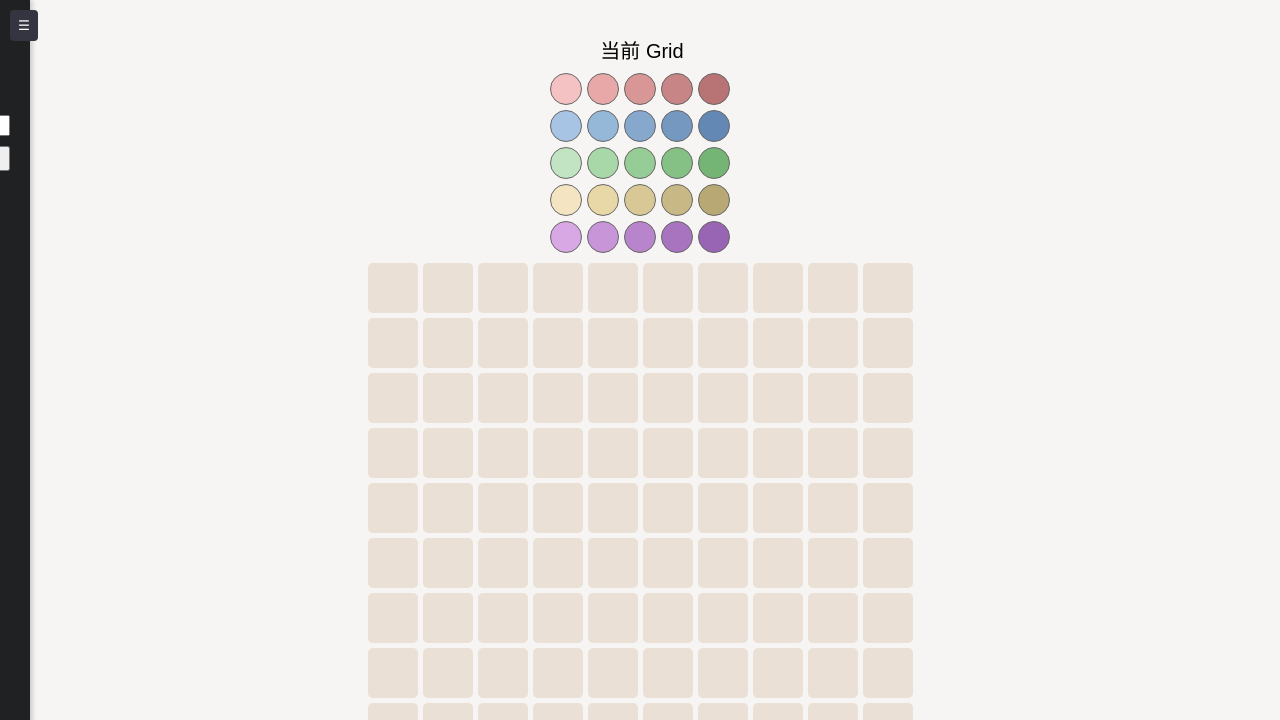
Repository: JemmaUZH/100-Hours
Page: index.html
An editor plug-in stored every save of this project. The page is shown before and after the next save, followed by the edit.
The browser window is 1280 px wide. The pictures show the whole page.
An inner scrolling area shows only its first screen.

Above is the page before, as saved 2025-02-26 14:29:48.

### index.html
<!DOCTYPE html>
<html lang="zh">
<head>
    <meta charset="UTF-8">
    <meta name="viewport" content="width=device-width, initial-scale=1.0">
    <title>艺术色彩填充格子</title>
    <style>
        body {
            display: flex;
            height: 100vh;
            background-color: #f6f5f3;
            margin: 0;
            font-family: Arial, sans-serif;
            overflow: hidden;
        }
        /* 模仿 ChatGPT 风格的侧边栏 */
        .sidebar {
            position: fixed;
            top: 0;
            left: 0;
            width: 250px;
            height: 100vh;
            background-color: #202123;
            color: #fff;
            padding: 20px;
            display: flex;
            flex-direction: column;
            gap: 10px;
            /* 默认隐藏：向左偏移 */
            transform: translateX(-260px);
            transition: transform 0.3s ease-in-out;
            box-shadow: 2px 0 5px rgba(0, 0, 0, 0.2);
        }
        /* 侧边栏展开时 */
        .sidebar.open {
            transform: translateX(0);
        }
        /* 切换侧边栏按钮 */
        .toggle-btn {
            position: fixed;
            left: 10px;
            top: 10px;
            background: #343541;
            color: #fff;
            border: none;
            padding: 8px;
            cursor: pointer;
            border-radius: 4px;
            z-index: 1000;
        }
        /* 主内容区域 */
        .grid-container {
            flex: 1;
            display: flex;
            flex-direction: column;
            align-items: center;
            justify-content: flex-start;
            padding: 20px;
            overflow: auto;
            width: 100%;
        }
        .grid-title {
            font-size: 20px;
            margin-bottom: 10px;
            text-align: center;
        }
        .grid-title input {
            font-size: 20px;
            border: none;
            text-align: center;
            background: none;
            outline: none;
            width: 100%;
        }
        /* 颜色选择器 */
        .color-picker {
            display: grid;
            grid-template-columns: repeat(5, 1fr);
            gap: 5px;
            margin-bottom: 10px;
        }
        .color-picker div {
            width: 30px;
            height: 30px;
            border-radius: 50%;
            cursor: pointer;
            border: 1px solid #666;
        }
        /* 绘图网格 */
        .grid {
            display: grid;
            grid-template-columns: repeat(10, 50px);
            grid-template-rows: repeat(10, 50px);
            gap: 5px;
        }
        .cell {
            width: 50px;
            height: 50px;
            background-color: #eae0d5;
            border-radius: 5px;
            transition: background-color 0.3s;
            cursor: pointer;
        }
    </style>
</head>
<body>
    <!-- 切换侧边栏的按钮 -->
    <button class="toggle-btn" onclick="toggleSidebar()">☰</button>
    <!-- 侧边栏：存储的 Grid 列表和保存操作 -->
    <div class="sidebar" id="sidebar">
        <h2>存储的 Grid</h2>
        <div id="gridList"></div>
        <input type="text" id="newGridName" placeholder="输入 Grid 名称">
        <button onclick="saveCurrentGrid()">保存当前 Grid</button>
    </div>
    <!-- 主内容区域：包含网格标题、颜色选择器和绘图网格 -->
    <div class="grid-container" id="gridContainer">
        <h2 class="grid-title">
            <input type="text" id="gridTitle" value="当前 Grid">
        </h2>
        <div class="color-picker" id="colorPicker"></div>
        <div class="grid" id="grid"></div>
    </div>
    <script>
        // 切换侧边栏的显示状态
        function toggleSidebar() {
            document.getElementById("sidebar").classList.toggle("open");
        }

        // 定义颜色数组
        const colors = [
            '#f4c2c2', '#e8a8a8', '#d89696', '#c88585', '#b87474',
            '#a8c4e4', '#96b8d8', '#85a8cc', '#7498c0', '#6488b4',
            '#c2e4c2', '#a8d8a8', '#96cc96', '#85c085', '#74b474',
            '#f4e4c2', '#e8d8a8', '#d8c896', '#c8b885', '#b8a874',
            '#d8a8e4', '#c896d8', '#b885cc', '#a874c0', '#9864b4'
        ];

        // 初始化颜色选择器
        const colorPicker = document.getElementById("colorPicker");
        colors.forEach(color => {
            const colorDiv = document.createElement("div");
            colorDiv.style.background = color;
            // 点击颜色时更新全局 CSS 变量 '--selected-color'
            colorDiv.onclick = () => document.documentElement.style.setProperty('--selected-color', color);
            colorPicker.appendChild(colorDiv);
        });

        // 设置默认选中的颜色（第一个颜色）
        document.documentElement.style.setProperty('--selected-color', colors[0]);

        // 创建 10x10 网格（共 100 个格子）
        const grid = document.getElementById("grid");
        const gridSize = 100;
        for (let i = 0; i < gridSize; i++) {
            const cell = document.createElement("div");
            cell.classList.add("cell");
            cell.addEventListener("click", () => {
                // 设置格子背景色为当前选中的颜色
                cell.style.backgroundColor = getComputedStyle(document.documentElement).getPropertyValue('--selected-color');
            });
            grid.appendChild(cell);
        }

        // 保存当前 Grid 状态到 localStorage（仅在点击“保存当前 Grid”按钮时调用）
        function saveCurrentGrid() {
            const gridNameInput = document.getElementById("newGridName");
            let gridName = gridNameInput.value.trim();
            if (!gridName) {
                gridName = document.getElementById("gridTitle").value || "Unnamed Grid";
            }
            const cells = document.querySelectorAll(".cell");
            const cellColors = [];
            cells.forEach(cell => {
                cellColors.push(cell.style.backgroundColor || "");
            });
            localStorage.setItem("grid_" + gridName, JSON.stringify(cellColors));
            alert("Grid 已保存: " + gridName);
            updateGridList();
        }

        // 更新侧边栏中保存的 Grid 列表
        function updateGridList() {
            const gridList = document.getElementById("gridList");
            gridList.innerHTML = "";
            for (let i = 0; i < localStorage.length; i++) {
                const key = localStorage.key(i);
                if (key.startsWith("grid_")) {
                    const gridName = key.substring(5);
                    const gridItem = document.createElement("div");
                    gridItem.textContent = gridName;
                    gridItem.style.cursor = "pointer";
                    // 点击列表项时加载对应 Grid
                    gridItem.onclick = () => {
                        loadGrid(gridName);
                    };
                    gridList.appendChild(gridItem);
                }
            }
        }

        // 根据保存的状态加载 Grid
        function loadGrid(gridName) {
            const cellColors = JSON.parse(localStorage.getItem("grid_" + gridName));
            if (cellColors) {
                const cells = document.querySelectorAll(".cell");
                cells.forEach((cell, index) => {
                    cell.style.backgroundColor = cellColors[index] || "#eae0d5";
                });
                document.getElementById("gridTitle").value = gridName;
            }
        }

        // 页面加载时更新保存的 Grid 列表
        updateGridList();

        // 窗口大小调整时，确保主内容区域滚动到顶部
        function focusOnTop() {
            document.getElementById("gridContainer").scrollTop = 0;
        }
        window.addEventListener('resize', focusOnTop);
    </script>
</body>
</html>

After the next save:
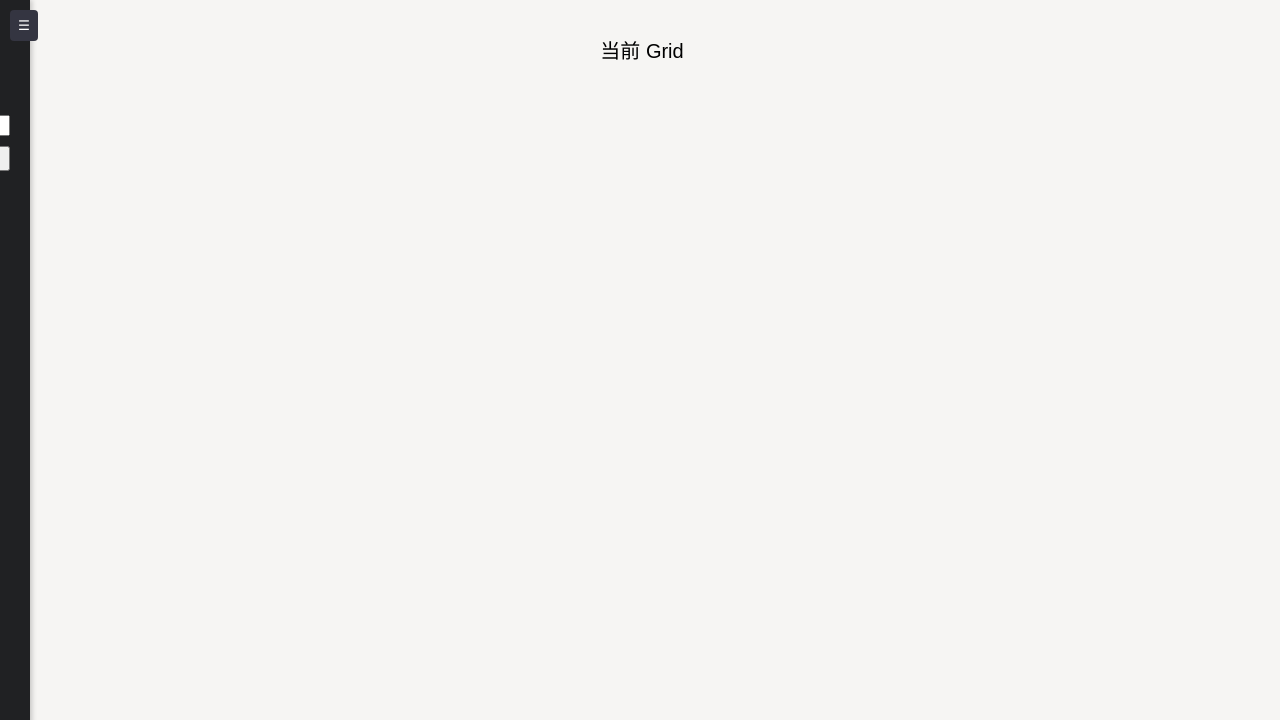
Console error: SyntaxError: Unexpected token '>'
Saved 71 min 10 s later.
--- a/index.html
+++ b/index.html
@@ -127,14 +127,44 @@
             document.getElementById("sidebar").classList.toggle("open");
         }
 
-        // 定义颜色数组
+        <!-- // 定义颜色数组
         const colors = [
             '#f4c2c2', '#e8a8a8', '#d89696', '#c88585', '#b87474',
             '#a8c4e4', '#96b8d8', '#85a8cc', '#7498c0', '#6488b4',
             '#c2e4c2', '#a8d8a8', '#96cc96', '#85c085', '#74b474',
             '#f4e4c2', '#e8d8a8', '#d8c896', '#c8b885', '#b8a874',
             '#d8a8e4', '#c896d8', '#b885cc', '#a874c0', '#9864b4'
+        ]; -->
+        // 印象风格色组
+        // 定义经典色彩数组（由浅到暗）
+        const colors = [
+        "#FFFDE7", // 极浅奶油黄（莫奈风格）
+        "#FFF9C4", // 浅淡黄色
+        "#FFF3E0", // 极浅桃色（雷诺阿风格）
+        "#FFE0B2", // 浅桃色
+        "#FFECB3", // 柔和暖金（雷诺阿风格）
+        "#FFCCBC", // 浅珊瑚色
+        "#F8BBD0", // 柔和粉色
+        "#F3E5F5", // 浅薰衣草紫（莫奈风格）
+        "#E1BEE7", // 薰衣草紫
+        "#E3F2FD", // 极浅天蓝（莫奈风格）
+        "#B3E5FC", // 浅蓝色
+        "#E8F5E9", // 极浅绿（莫奈风格）
+        "#B2DFDB", // 浅薄荷绿
+        "#FFF59D", // 柔和金黄
+        "#FFCC80", // 金桃色
+        "#FFB74D", // 中等桃橙色
+        "#FFA726", // 稍深橙色
+        "#FF9800", // 琥珀色
+        "#F57C00", // 深琥珀色（雷诺阿风格）
+        "#42A5F5", // 浅靛蓝（萨金特风格）
+        "#1E88E5", // 靛蓝
+        "#1565C0", // 深蓝色（萨金特风格）
+        "#0D47A1", // 极深蓝色
+        "#5D4037", // 深灰褐（萨金特风格）
+        "#3E2723"  // 极深棕
         ];
+
 
         // 初始化颜色选择器
         const colorPicker = document.getElementById("colorPicker");
